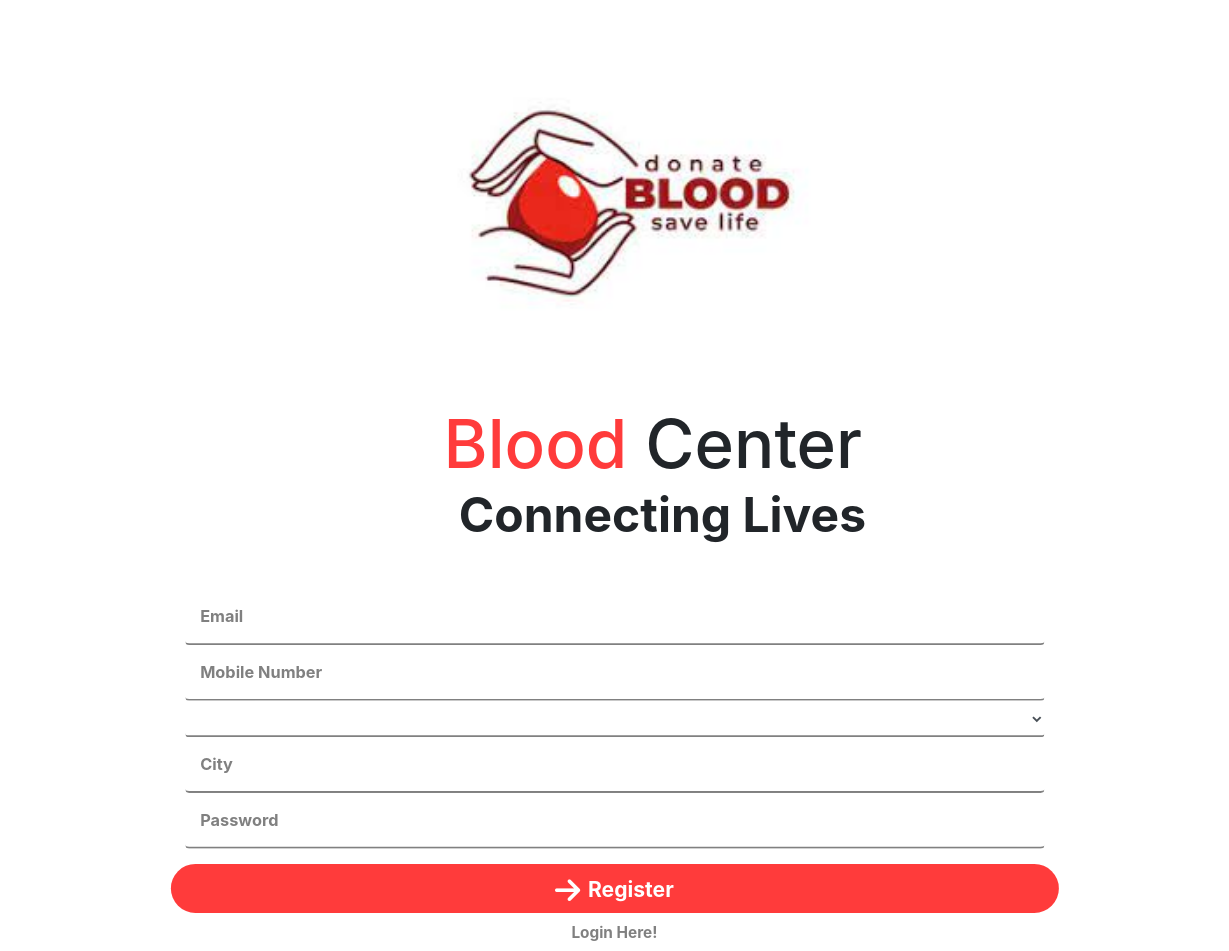
Repository: syedali042/jbds
Page: /Register
The author's editor kept a copy of each file at every save. The page is drawn from the files as they stood at one save, then again after the next save.
The browser window is 1280 px wide. The pictures show the whole page, at 96% of full size.
Some web libraries are served in a nearby version. The project was rebuilt for these pictures with package versions that can differ from the ones it lists, and the page was loaded fresh each time. Also part of the build but not shown: src/components/Login.js, src/components/Header.js, src/components/About.js, src/components/Header2.js, src/components/Home.js, src/components/Header4.js, src/components/Request.js, src/components/Header3.js and 1 more.

Above is the page before, as saved 2021-11-09 20:56:20.

After the next save:
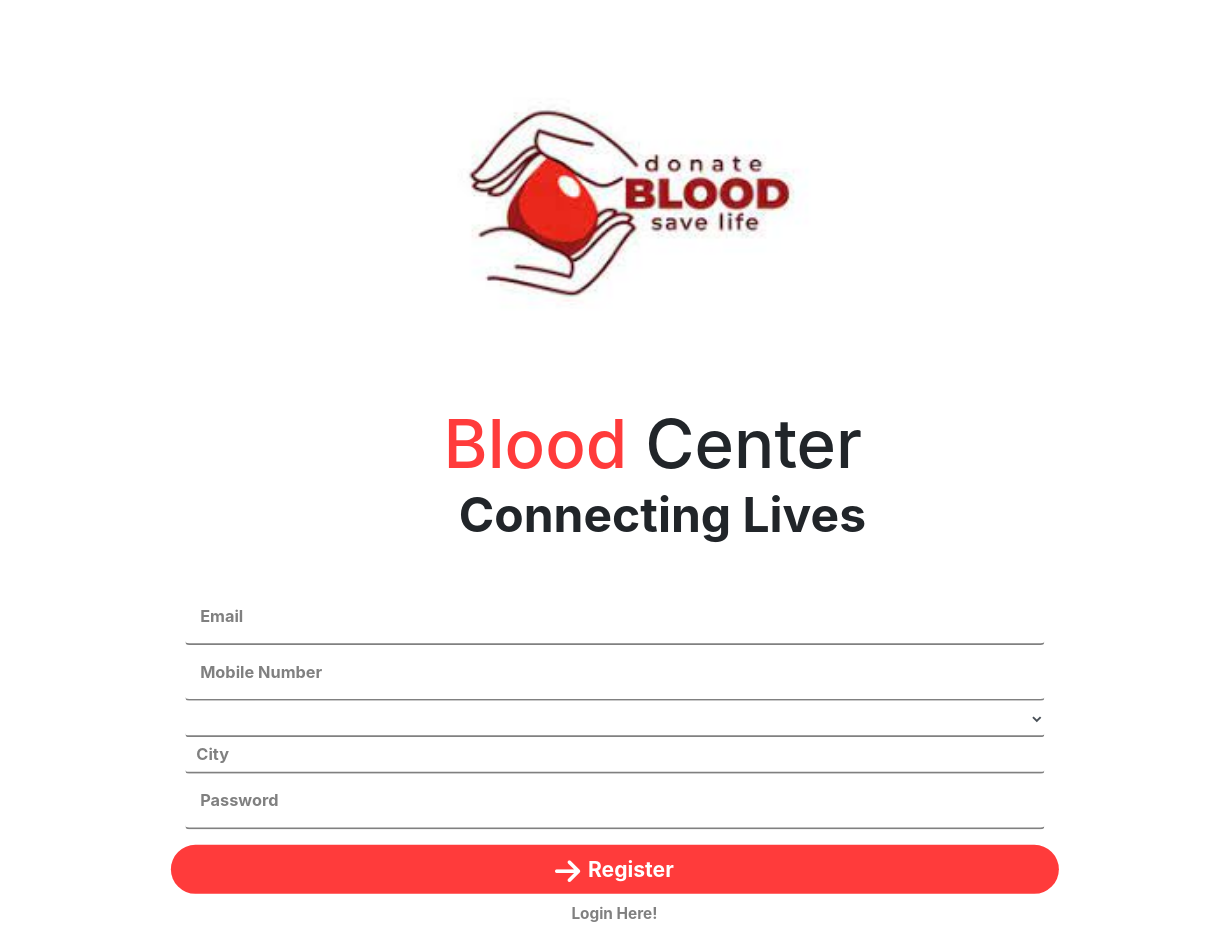
Saved 10 s later.
--- a/src/components/Register.js
+++ b/src/components/Register.js
@@ -83,7 +83,7 @@ function Register() {
                                             {errors.bloodGroup && touched.bloodGroup && errors.bloodGroup}
                                             {/* <i className="fas fa-map-marker-alt"></i> */}
                                             <input
-                                                type="text" className="placehorder p-3 form-control city"
+                                                type="text" className="placehorder form-control city"
                                                 name="city"
                                                 onChange={handleChange}
                                                 onBlur={handleBlur}
